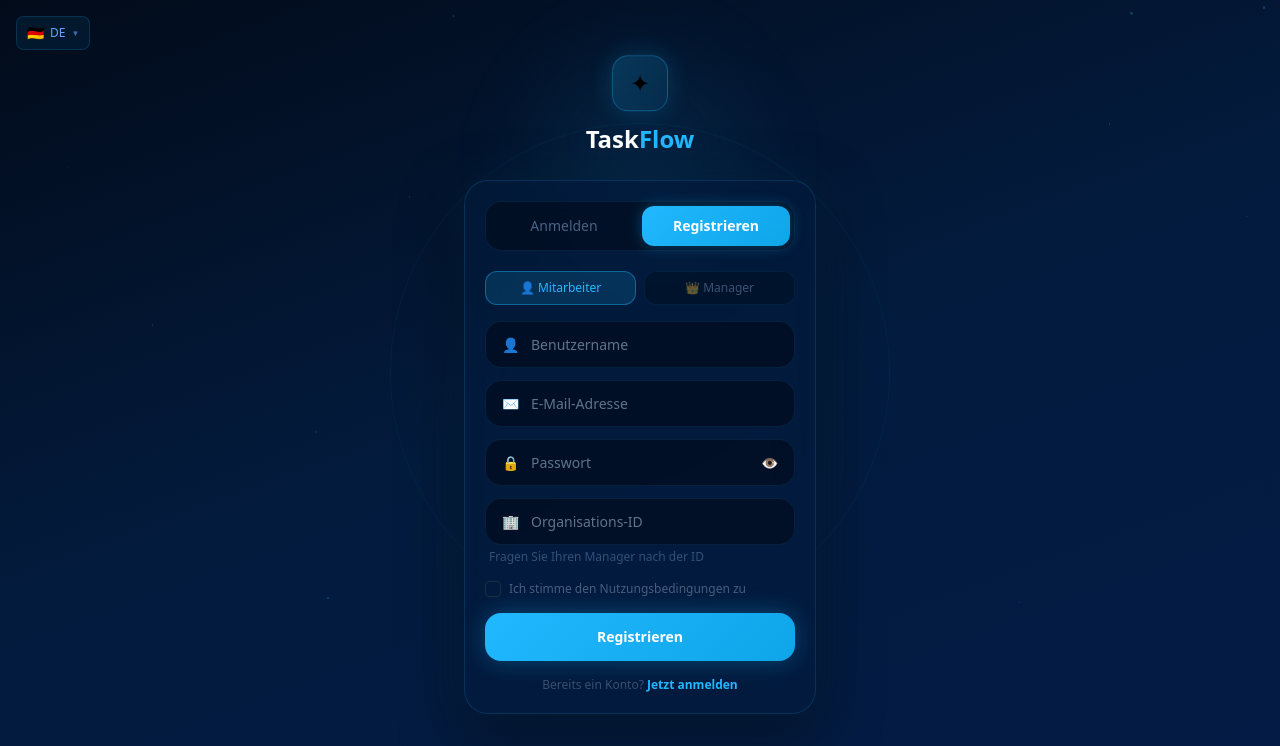
Repository: IssamSaed98/TaskManager.Frontend
Page: /, after clicking the first element matching `div.rounded-2xl > :nth-child(2)`
The author's editor kept a copy of each file at every save. The page is drawn from the files as they stood at one save, then again after the next save.
The browser window is 1280 px wide. The pictures show the whole page.
The project was rebuilt for these pictures with package versions that can differ from the ones it lists, and the page was loaded fresh each time. Also part of the build but not shown: vite.config.js, src/pages/AdminDashboard.jsx, src/components/TaskForm.jsx, src/components/TaskCard.jsx, src/components/KanbanBoard.jsx.

Above is the page before, as saved 2026-06-01 15:05:49.

### index.html
<!DOCTYPE html>
<html lang="de" dir="ltr">
  <head>
    <meta charset="UTF-8" />
    <meta name="viewport" content="width=device-width, initial-scale=1.0" />
    <title>TaskFlow</title>

    <!-- PWA -->
    <link rel="manifest" href="/manifest.webmanifest" />
    <meta name="theme-color" content="#0a0f1a" />

    <!-- Apple -->
    <link rel="apple-touch-icon" href="/apple-touch-icon.png" />
    <meta name="apple-mobile-web-app-capable" content="yes" />
    <meta name="apple-mobile-web-app-status-bar-style" content="black-translucent" />
    <meta name="apple-mobile-web-app-title" content="TaskFlow" />

    <!-- Favicon -->
    <link rel="icon" type="image/png" sizes="32x32" href="/favicon-32x32.png" />
    <link rel="icon" type="image/png" sizes="16x16" href="/favicon-16x16.png" />
  </head>
  <body>
    <div id="root"></div>
    <script type="module" src="/src/main.jsx"></script>
    <!-- Splash Screen -->
<div id="splash" style="
position:fixed; inset:0; z-index:9999;
background:#0a0f1a;
display:flex; flex-direction:column;
align-items:center; justify-content:center;
gap:16px;
transition: opacity 0.5s ease;
">
<img src="/public/pwa-512x512.png" width="100" height="100" style="border-radius:22%;animation:pulse 1.5s ease-in-out infinite"/>
<div style="color:#e2f0ff;font-size:22px;font-weight:700;letter-spacing:1px">TaskFlow</div>
<div style="color:#3a5070;font-size:12px">Task Management System</div>
</div>

<style>
@keyframes pulse {
0%,100% { transform: scale(1); opacity:1; }
50% { transform: scale(1.08); opacity:0.9; }
}
</style>

<script>
window.addEventListener('load', () => {
setTimeout(() => {
  const splash = document.getElementById('splash')
  if (splash) {
    splash.style.opacity = '0'
    setTimeout(() => splash.remove(), 500)
  }
}, 2000)
})
</script>
  </body>
</html>

### src/main.jsx
import { StrictMode } from 'react'
import { createRoot } from 'react-dom/client'
import './index.css'
import './i18n'
import App from './App.jsx'

createRoot(document.getElementById('root')).render(
  <StrictMode>
    <App />
  </StrictMode>,
)

### src/pages/Register.jsx
import { useState, useEffect } from 'react'
import { motion } from 'framer-motion'
import { register } from '../api'
import { useLanguage } from '../hooks/useLanguage'
import LanguageSwitcher from '../components/LanguageSwitcher'
import cheff from '../images/businessman.png'
import mitAr from '../images/user.png'
function Register({ onRegister, goToLogin }) {
  const { t, isRTL } = useLanguage()
  const [role, setRole] = useState('employee')
  const [username, setUsername] = useState('')
  const [email, setEmail] = useState('')
  const [password, setPassword] = useState('')
  const [showPassword, setShowPassword] = useState(false)
  const [organizationName, setOrganizationName] = useState('')
  const [organizationId, setOrganizationId] = useState('')
  const [agreed, setAgreed] = useState(false)
  const [error, setError] = useState('')
  const [loading, setLoading] = useState(false)
  const [focusedField, setFocusedField] = useState(null)
  const [particles, setParticles] = useState([])

  const isAdmin = role === 'admin'

  useEffect(() => {
    setParticles(Array.from({ length: 15 }, (_, i) => ({
      id: i,
      x: Math.random() * 100,
      y: Math.random() * 100,
      size: Math.random() * 2 + 1,
      duration: Math.random() * 6 + 4,
      delay: Math.random() * 3,
    })))
  }, [])

  const handleRegister = async () => {
    if (!username || !email || !password) return
    if (isAdmin && !organizationName) return
    if (!isAdmin && !organizationId) return
    try {
      setLoading(true)
      setError('')
      await register(
        username, email, password,
        isAdmin ? 'Admin' : 'Employee',
        isAdmin ? organizationName : null,
        !isAdmin ? parseInt(organizationId) : null
      )
      goToLogin()
    } catch {
      setError(t('error_email'))
    } finally {
      setLoading(false)
    }
  }

  const getFieldStyle = (field) => ({
    background: 'rgba(2,11,26,0.6)',
    border: `1px solid ${focusedField === field ? 'rgba(34,184,255,0.6)' : 'rgba(34,184,255,0.1)'}`,
    boxShadow: focusedField === field ? '0 0 15px rgba(34,184,255,0.12)' : 'none',
    transition: 'all 0.15s ease',
  })

  return (
    <div
      className="min-h-screen flex flex-col items-center justify-start overflow-y-auto relative"
      style={{
        background: 'linear-gradient(160deg, #020B1A 0%, #031B3D 50%, #041C45 100%)',
        direction: isRTL ? 'rtl' : 'ltr'
      }}
    >
      {/* Particles — خفيفة وسريعة */}
      {particles.map(p => (
        <motion.div
          key={p.id}
          className="absolute rounded-full pointer-events-none"
          style={{ left: `${p.x}%`, top: `${p.y}%`, width: p.size, height: p.size, background: '#22B8FF' }}
          animate={{ y: [0, -20, 0], opacity: [0.1, 0.3, 0.1] }}
          transition={{ duration: p.duration, delay: p.delay, repeat: Infinity, ease: 'easeInOut' }}
        />
      ))}

      {/* Rings */}
      <div className="absolute inset-0 flex items-center justify-center pointer-events-none overflow-hidden">
        {[300, 500].map((size, i) => (
          <motion.div
            key={i}
            className="absolute rounded-full"
            style={{ width: size, height: size, border: '1px solid rgba(34,184,255,0.05)' }}
            animate={{ rotate: 360 }}
            transition={{ duration: 40 + i * 10, repeat: Infinity, ease: 'linear' }}
          />
        ))}
      </div>

      {/* Glow */}
      <div className="absolute top-0 left-1/2 -translate-x-1/2 w-80 h-80 rounded-full pointer-events-none"
        style={{ background: 'radial-gradient(circle, rgba(34,184,255,0.1) 0%, transparent 70%)', filter: 'blur(30px)' }} />

      {/* Language */}
      <div className="absolute top-4 left-4 z-20">
        <LanguageSwitcher />
      </div>

      <div className="w-full max-w-sm px-4 pt-14 pb-8 z-10">

        {/* Logo */}
        <motion.div
          className="flex flex-col items-center mb-6"
          animate={{ y: [0, -5, 0] }}
          transition={{ duration: 4, repeat: Infinity, ease: 'easeInOut' }}
        >
          <div
            className="w-14 h-14 rounded-2xl flex items-center justify-center mb-3"
            style={{
              background: 'linear-gradient(135deg, rgba(34,184,255,0.2), rgba(14,165,233,0.1))',
              border: '1px solid rgba(34,184,255,0.3)',
              boxShadow: '0 0 25px rgba(34,184,255,0.2)',
            }}
          >
            <span style={{ fontSize: 24 }}>✦</span>
          </div>
          <h1 className="text-2xl font-bold">
            <span className="text-white">Task</span>
            <span style={{ color: '#22B8FF' }}>Flow</span>
          </h1>
        </motion.div>

        {/* Glass Card */}
        <div
          className="rounded-3xl p-5"
          style={{
            background: 'rgba(3,27,61,0.65)',
            border: '1px solid rgba(34,184,255,0.15)',
            backdropFilter: 'blur(20px)',
            boxShadow: '0 0 40px rgba(34,184,255,0.07), 0 20px 60px rgba(0,0,0,0.5)',
          }}
        >
          {/* Tab Switch */}
          <div className="flex rounded-2xl p-1 mb-5 gap-1"
            style={{ background: 'rgba(2,11,26,0.6)', border: '1px solid rgba(34,184,255,0.1)' }}>
            <button
              onClick={goToLogin}
              className="flex-1 py-2.5 rounded-xl text-sm font-medium"
              style={{ background: 'transparent', color: 'rgba(148,180,220,0.5)' }}>
              {t('sign_in')}
            </button>
            <button
              className="flex-1 py-2.5 rounded-xl text-sm font-bold"
              style={{
                background: 'linear-gradient(135deg,#22B8FF,#0EA5E9)',
                color: '#fff',
                boxShadow: '0 0 15px rgba(34,184,255,0.3)',
              }}>
              {t('sign_up')}
            </button>
          </div>

          {/* Role buttons — بسيطة بدون انيميشن */}
          <div className="flex gap-2 mb-4">
            <button
              onClick={() => setRole('employee')}
              className="flex-1 py-2 rounded-xl text-xs font-medium"
              style={{
                background: !isAdmin ? 'rgba(34,184,255,0.15)' : 'rgba(2,11,26,0.4)',
                border: `1px solid ${!isAdmin ? 'rgba(34,184,255,0.4)' : 'rgba(34,184,255,0.08)'}`,
                color: !isAdmin ? '#22B8FF' : 'rgba(148,180,220,0.4)',
              }}>
              👤 {t('employee')}
            </button>
            <button
              onClick={() => setRole('admin')}
              className="flex-1 py-2 rounded-xl text-xs font-medium"
              style={{
                background: isAdmin ? 'rgba(34,184,255,0.15)' : 'rgba(2,11,26,0.4)',
                border: `1px solid ${isAdmin ? 'rgba(34,184,255,0.4)' : 'rgba(34,184,255,0.08)'}`,
                color: isAdmin ? '#22B8FF' : 'rgba(148,180,220,0.4)',
              }}>
              👑 {t('admin')}
            </button>
          </div>

          {/* Username */}
          <div className="mb-3">
            <div className="flex items-center gap-3 px-4 py-3 rounded-2xl"
              style={getFieldStyle('username')}>
              <span style={{ color: focusedField === 'username' ? '#22B8FF' : '#3a5070', fontSize: 14 }}>👤</span>
              <input
                value={username}
                onChange={e => setUsername(e.target.value)}
                onFocus={() => setFocusedField('username')}
                onBlur={() => setFocusedField(null)}
                placeholder={t('username')}
                className="flex-1 bg-transparent outline-none text-sm"
                style={{ color: '#c0d8f0', fontFamily: 'inherit' }}
              />
            </div>
          </div>

          {/* Email */}
          <div className="mb-3">
            <div className="flex items-center gap-3 px-4 py-3 rounded-2xl"
              style={getFieldStyle('email')}>
              <span style={{ color: focusedField === 'email' ? '#22B8FF' : '#3a5070', fontSize: 14 }}>✉</span>
              <input
                type="email"
                value={email}
                onChange={e => setEmail(e.target.value)}
                onFocus={() => setFocusedField('email')}
                onBlur={() => setFocusedField(null)}
                placeholder={t('email')}
                className="flex-1 bg-transparent outline-none text-sm"
                style={{ color: '#c0d8f0', fontFamily: 'inherit' }}
              />
            </div>
          </div>

          {/* Password */}
          <div className="mb-3">
            <div className="flex items-center gap-3 px-4 py-3 rounded-2xl"
              style={getFieldStyle('password')}>
              <span style={{ color: focusedField === 'password' ? '#22B8FF' : '#3a5070', fontSize: 14 }}>🔒</span>
              <input
                type={showPassword ? 'text' : 'password'}
                value={password}
                onChange={e => setPassword(e.target.value)}
                onFocus={() => setFocusedField('password')}
                onBlur={() => setFocusedField(null)}
                placeholder={t('password')}
                className="flex-1 bg-transparent outline-none text-sm"
                style={{ color: '#c0d8f0', fontFamily: 'inherit' }}
              />
              <button onClick={() => setShowPassword(!showPassword)} style={{ color: '#3a5070', fontSize: 14 }}>
                {showPassword ? '🙈' : '👁'}
              </button>
            </div>
          </div>

          {/* Org */}
          <div className="mb-4">
            <div className="flex items-center gap-3 px-4 py-3 rounded-2xl"
              style={getFieldStyle('org')}>
              <span style={{ color: focusedField === 'org' ? '#22B8FF' : '#3a5070', fontSize: 14 }}>🏢</span>
              <input
                type={isAdmin ? 'text' : 'number'}
                value={isAdmin ? organizationName : organizationId}
                onChange={e => isAdmin ? setOrganizationName(e.target.value) : setOrganizationId(e.target.value)}
                onFocus={() => setFocusedField('org')}
                onBlur={() => setFocusedField(null)}
                placeholder={isAdmin ? t('organization_name') : t('organization_id')}
                className="flex-1 bg-transparent outline-none text-sm"
                style={{ color: '#c0d8f0', fontFamily: 'inherit' }}
              />
            </div>
            {!isAdmin && (
              <p className="text-xs mt-1 px-1" style={{ color: 'rgba(148,180,220,0.35)' }}>{t('org_id_hint')}</p>
            )}
          </div>

          {/* Terms */}
          <button
            onClick={() => setAgreed(!agreed)}
            className="flex items-center gap-2 text-xs mb-4 w-full"
            style={{ color: '#4a6080' }}>
            <div className="w-4 h-4 rounded flex items-center justify-center flex-shrink-0"
              style={{
                background: agreed ? '#22B8FF' : 'transparent',
                border: `1px solid ${agreed ? '#22B8FF' : '#1e2d40'}`,
                transition: 'all 0.15s ease'
              }}>
              {agreed && <span className="text-white" style={{ fontSize: 10 }}>✓</span>}
            </div>
            {t('terms')}
          </button>

          {error && (
            <p className="text-xs text-center mb-3" style={{ color: '#f87171' }}>{error}</p>
          )}

          {/* Register Button */}
          <motion.button
            onClick={handleRegister}
            disabled={loading}
            className="w-full py-3.5 rounded-2xl text-white font-bold text-sm mb-4"
            style={{
              background: 'linear-gradient(135deg, #22B8FF, #0EA5E9)',
              boxShadow: '0 0 25px rgba(34,184,255,0.3)',
            }}
            whileHover={{ scale: 1.02 }}
            whileTap={{ scale: 0.98 }}
          >
            {loading ? '...' : t('sign_up')}
          </motion.button>

          {/* Login link */}
          <p className="text-center text-xs" style={{ color: '#3a5070' }}>
            {t('have_account')}{' '}
            <button onClick={goToLogin} style={{ color: '#22B8FF', fontWeight: 600 }}>
              {t('sign_in_now')}
            </button>
          </p>
        </div>
      </div>
    </div>
  )
}

export default Register

### src/components/LanguageSwitcher.jsx
import { useState, useRef, useEffect } from 'react'
import { useLanguage } from '../hooks/useLanguage'

function LanguageSwitcher() {
  const { changeLanguage, currentLang } = useLanguage()
  const [open, setOpen] = useState(false)
  const ref = useRef(null)

  const languages = [
    { code: 'de', label: 'DE', flag: '🇩🇪', name: 'Deutsch' },
    { code: 'en', label: 'EN', flag: '🇬🇧', name: 'English' },
    { code: 'ar', label: 'AR', flag: '🇸🇦', name: 'العربية' },
  ]

  const current = languages.find(l => l.code === currentLang) || languages[1]

  useEffect(() => {
    const handleClick = (e) => {
      if (ref.current && !ref.current.contains(e.target)) {
        setOpen(false)
      }
    }
    document.addEventListener('mousedown', handleClick)
    return () => document.removeEventListener('mousedown', handleClick)
  }, [])

  return (
    <div ref={ref} className="relative">
      <button
        onClick={() => setOpen(!open)}
        className="flex items-center gap-1.5 px-2.5 py-1.5 rounded-lg text-xs font-medium transition-all"
        style={{
          background: 'rgba(14,165,233,0.08)',
          border: '0.5px solid rgba(14,165,233,0.2)',
          color: '#60a5fa',
        }}>
        <span className="text-sm">{current.flag}</span>
        <span>{current.label}</span>
        <span style={{ fontSize: '8px', opacity: 0.6 }}>{open ? '▲' : '▼'}</span>
      </button>

      {open && (
        <div className="absolute top-full mt-2 rounded-xl overflow-hidden z-50"
          style={{
            background: '#0a0f1a',
            border: '0.5px solid rgba(14,165,233,0.15)',
            boxShadow: '0 8px 32px rgba(0,0,0,0.4)',
            minWidth: '130px',
            left: '50%',
            transform: 'translateX(-50%)',
          }}>
          {languages.map(lang => (
            <button
              key={lang.code}
              onClick={() => { changeLanguage(lang.code); setOpen(false) }}
              className="w-full flex items-center gap-3 px-4 py-2.5 text-xs transition-all"
              style={{
                background: currentLang === lang.code ? 'rgba(14,165,233,0.1)' : 'transparent',
                color: currentLang === lang.code ? '#60a5fa' : '#4a6080',
                borderBottom: '0.5px solid rgba(14,165,233,0.05)',
              }}>
              <span className="text-base">{lang.flag}</span>
              <div className="text-left">
                <div className="font-medium">{lang.label}</div>
                <div style={{ fontSize: '10px', opacity: 0.5 }}>{lang.name}</div>
              </div>
              {currentLang === lang.code && (
                <span className="mr-auto text-xs" style={{ color: '#60a5fa' }}>✓</span>
              )}
            </button>
          ))}
        </div>
      )}
    </div>
  )
}

export default LanguageSwitcher

Loaded but not shown: src/index.css (common file); src/locales/de.js (68 lines, source omitted); src/locales/en.js (65 lines, source omitted); src/locales/ar.js (65 lines, source omitted); src/api.js (30 lines, source omitted); src/i18n.js (24 lines, source omitted); src/hooks/useLanguage.js (18 lines, source omitted); src/pages/Login.jsx (267 lines, source omitted); src/App.jsx (220 lines, source omitted)

After the next save:
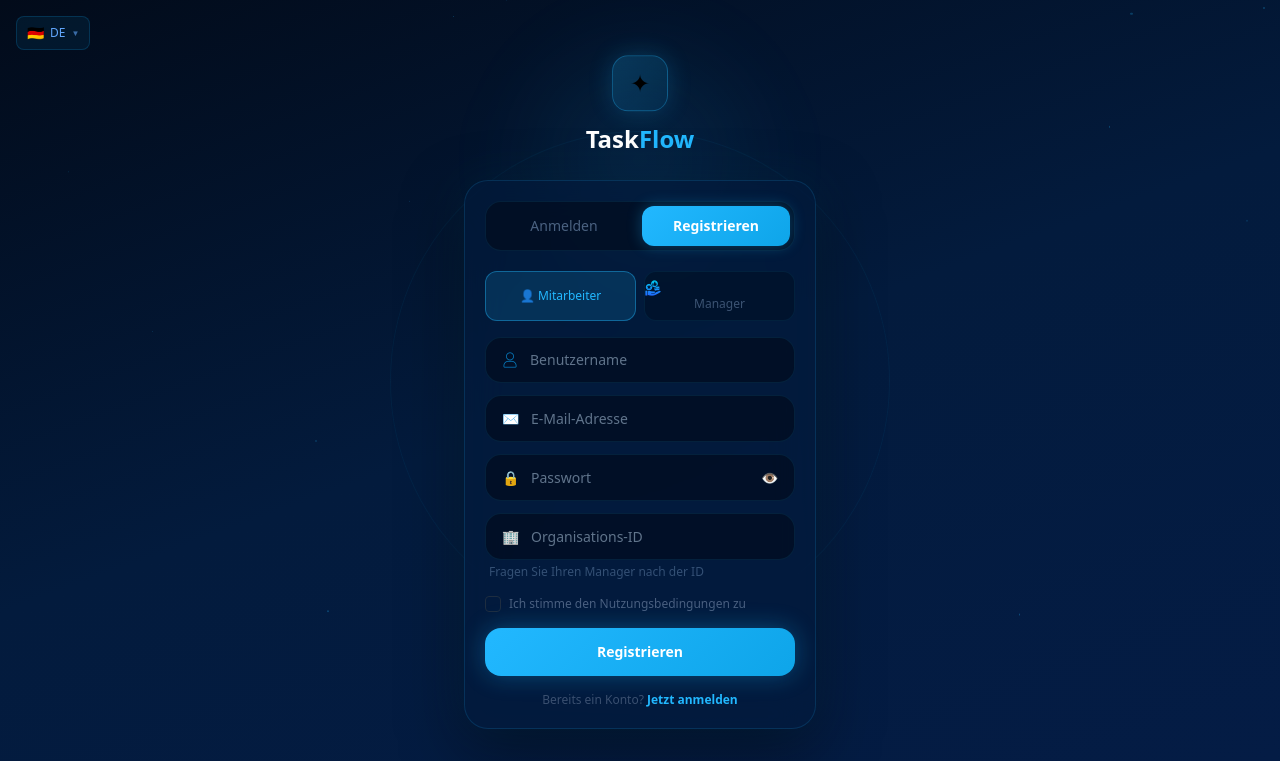
Saved 103 s later.
--- a/src/pages/Register.jsx
+++ b/src/pages/Register.jsx
@@ -61,6 +61,11 @@ function Register({ onRegister, goToLogin }) {
     transition: 'all 0.15s ease',
   })
 
+    const myStyleSecond = {
+    width: '16px',
+    height: '16px',
+
+}
   return (
     <div
       className="min-h-screen flex flex-col items-center justify-start overflow-y-auto relative"
@@ -176,7 +181,7 @@ function Register({ onRegister, goToLogin }) {
                 border: `1px solid ${isAdmin ? 'rgba(34,184,255,0.4)' : 'rgba(34,184,255,0.08)'}`,
                 color: isAdmin ? '#22B8FF' : 'rgba(148,180,220,0.4)',
               }}>
-              👑 {t('admin')}
+            <img src={cheff} style={myStyleSecond}/> {t('admin')}
             </button>
           </div>
 
@@ -184,7 +189,7 @@ function Register({ onRegister, goToLogin }) {
           <div className="mb-3">
             <div className="flex items-center gap-3 px-4 py-3 rounded-2xl"
               style={getFieldStyle('username')}>
-              <span style={{ color: focusedField === 'username' ? '#22B8FF' : '#3a5070', fontSize: 14 }}>👤</span>
+              <span style={{ color: focusedField === 'username' ? '#22B8FF' : '#3a5070', fontSize: 14 }}> <img src={mitAr} style={myStyleSecond}/></span>
               <input
                 value={username}
                 onChange={e => setUsername(e.target.value)}
